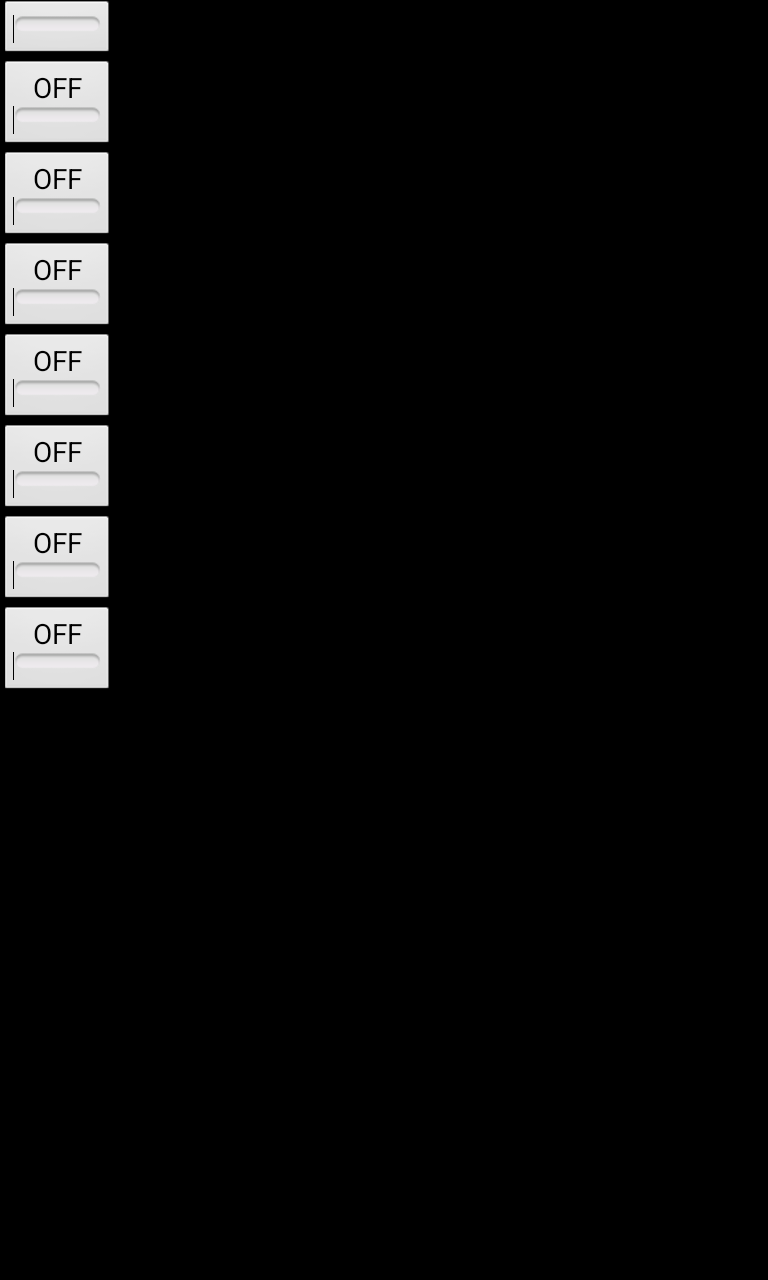
Repository: andrewmacquarrie/BoardTests
Layout: BoardTest/res/layout/main.xml
An editor plug-in stored every save of this project. The layout is shown before and after the next save, followed by the edit.
It is drawn on a 768 x 1280 px phone screen (xhdpi) without system bars, with theme android:Theme; the app's code is not run.

Above is the layout before, as saved 2011-03-29 12:44:50.

### BoardTest/res/layout/main.xml
<?xml version="1.0" encoding="utf-8"?>
<LinearLayout xmlns:android="http://schemas.android.com/apk/res/android"
    android:orientation="vertical"
    android:layout_width="fill_parent"
    android:layout_height="fill_parent"
    >
<ToggleButton
     android:layout_height="30"
     android:layout_width="wrap_content"
     android:tag="1"
     android:onClick="toggleOutput" />
<ToggleButton
     android:layout_height="wrap_content"
     android:layout_width="wrap_content"
     android:tag="2"
     android:onClick="toggleOutput" />
<ToggleButton
     android:layout_height="wrap_content"
     android:layout_width="wrap_content"
     android:tag="3"
     android:onClick="toggleOutput" />
<ToggleButton
     android:layout_height="wrap_content"
     android:layout_width="wrap_content"
     android:tag="4"
     android:onClick="toggleOutput" />
<ToggleButton
     android:layout_height="wrap_content"
     android:layout_width="wrap_content"
     android:tag="5"
     android:onClick="toggleOutput" />
<ToggleButton
     android:layout_height="wrap_content"
     android:layout_width="wrap_content"
     android:tag="6"
     android:onClick="toggleOutput" />
<ToggleButton
     android:layout_height="wrap_content"
     android:layout_width="wrap_content"
     android:tag="7"
     android:onClick="toggleOutput" />
<ToggleButton
     android:layout_height="wrap_content"
     android:layout_width="wrap_content"
     android:tag="8"
     android:onClick="toggleOutput" />
</LinearLayout>

After the next save:
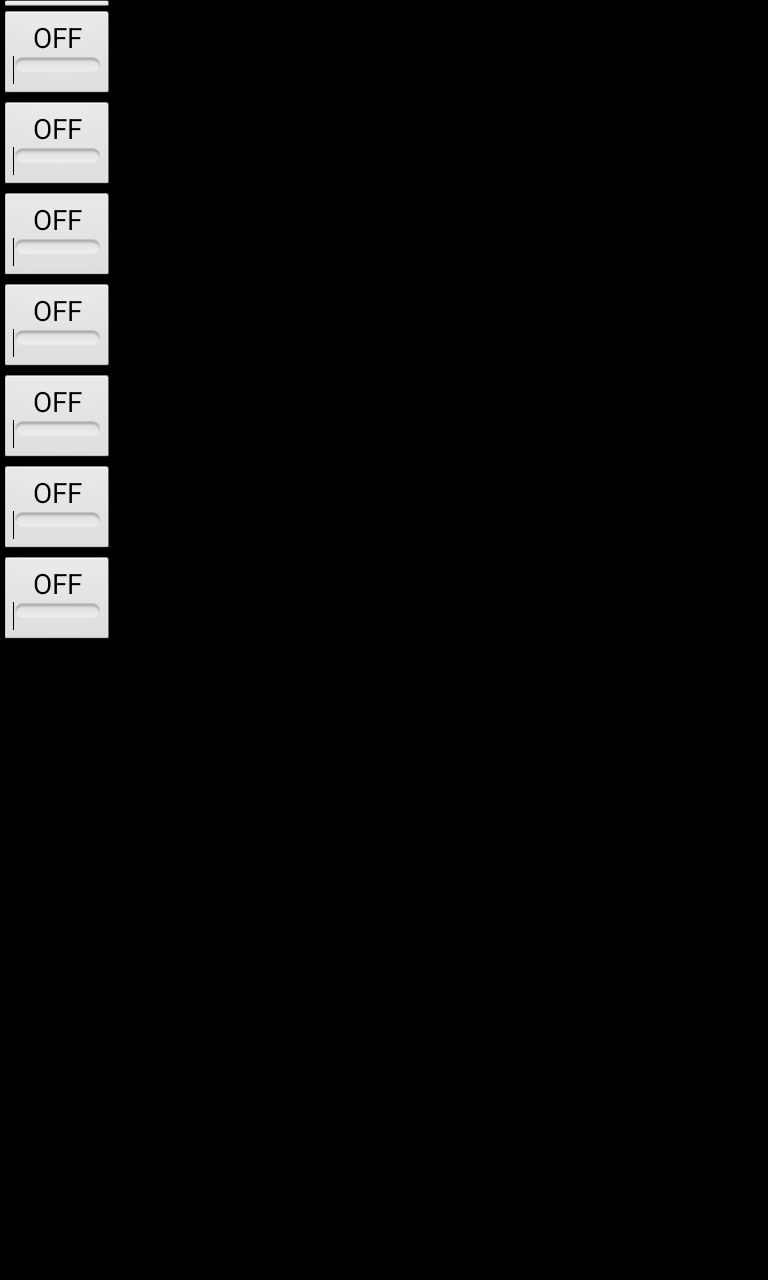
Saved 6 s later.
--- a/BoardTest/res/layout/main.xml
+++ b/BoardTest/res/layout/main.xml
@@ -5,7 +5,7 @@
     android:layout_height="fill_parent"
     >
 <ToggleButton
-     android:layout_height="30"
+     android:layout_height="5"
      android:layout_width="wrap_content"
      android:tag="1"
      android:onClick="toggleOutput" />
